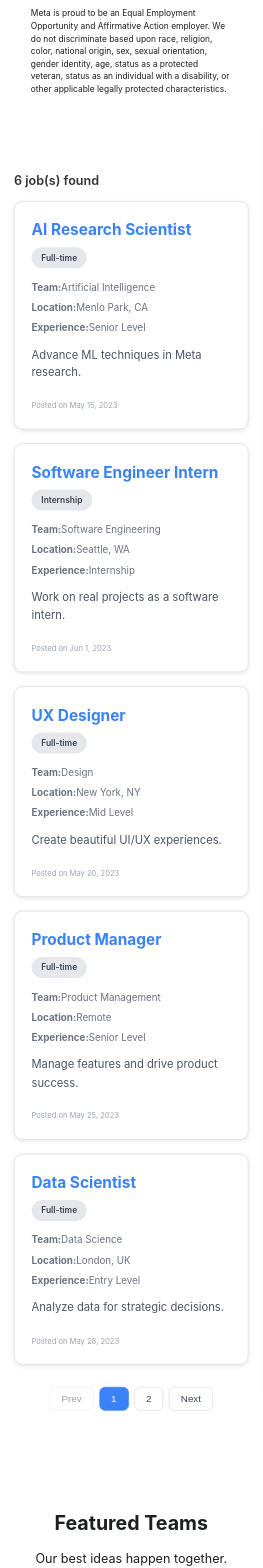
Repository: Siddharthkothiyal/GharPadhaaroCareerWebsite
Page: /careers
The author's editor kept a copy of each file at every save. The page is drawn from the files as they stood at one save, then again after the next save.
The browser window is 375 px wide. The pictures show the part of the page from y = 1276 to 3516 px (the page is 6680 px tall before and 6583 px after), at 70% of full size.
The project was rebuilt for these pictures with package versions that can differ from the ones it lists, and the page was loaded fresh each time. Also part of the build but not shown: src/components/CareerPortal/ResumeUpload.css, src/components/CareerPortal/ResumeUpload.js, src/components/Auth/Login.js, src/components/Auth/Signup.js, src/components/LandingPage/LandingPage.js, src/components/CareerPortal/JobListing/JobCategory.js.

Above is the page before, as saved 2025-06-20 16:29:13.

### public/index.html
<!DOCTYPE html>
<html lang="en">

<head>
  <meta charset="utf-8" />
  <link rel="icon" href="%PUBLIC_URL%/favicon.ico" />
  <meta name="viewport" content="width=device-width, initial-scale=1" />
  <meta name="theme-color" content="#000000" />
  <meta name="description" content="GharPadharo - Find your perfect stay" />

  <!-- Font Awesome CDN (latest) -->
  <link rel="stylesheet" href="https://cdnjs.cloudflare.com/ajax/libs/font-awesome/6.5.2/css/all.min.css"
    integrity="sha512-SnH5WK+bZxgPHs44uWIX+LLJAJ9/2PkPKZ5QiAj6Ta86w+fsb2TkcmfRyVX3pBnMFcV7oQPJkl9QevSCWr3W6A=="
    crossorigin="anonymous" referrerpolicy="no-referrer" />

  <link rel="apple-touch-icon" href="%PUBLIC_URL%/logo192.png" />
  <title>GharPadharo</title>
</head>

<body>
  <noscript>You need to enable JavaScript to run this app.</noscript>
  <div id="root"></div>
  <!--
      This HTML file is a template.
      If you open it directly in the browser, you will see an empty page.

      You can add webfonts, meta tags, or analytics to this file.
      The build step will place the bundled scripts into the <body> tag.

      To begin the development, run `npm start` or `yarn start`.
      To create a production bundle, use `npm run build` or `yarn build`.
    -->
</body>

</html>

### src/components/CareerPortal/CareerPortal.css
/* GharPadharo Career Portal Styles */
:root {
  --gharpadhaaro-blue: #0866ff;
  --gharpadhaaro-blue-dark: #0756d6;
  --gharpadhaaro-gray: #f0f2f5;
  --gharpadhaaro-text: #1c1e21;
  --gharpadhaaro-text-secondary: #65676b;
  --gharpadhaaro-white: #ffffff;
  --gharpadhaaro-border: #dadde1;
  --gharpadhaaro-success: #42b72a;
  --gharpadhaaro-error: #fa383e;
  --gharpadhaaro-shadow: rgba(0, 0, 0, 0.1);
  --gharpadhaaro-radius: 8px;
  --gharpadhaaro-transition: all 0.2s ease;
}

/* Global Styles */
.career-portal {
  font-family: 'Optimistic Display', -apple-system, BlinkMacSystemFont, 'Segoe UI', Roboto, Oxygen, Ubuntu, Cantarell, 'Open Sans', 'Helvetica Neue', sans-serif;
  color: var(--gharpadhaaro-text);
  line-height: 1.5;
  background-color: var(--gharpadhaaro-white);
}

.container {
  max-width: 1200px;
  margin: 0 auto;
  padding: 0 24px;
}

/* Hero Section */
.hero-section {
  background: linear-gradient(135deg, #0866ff 0%, #535699 100%);
  color: var(--meta-white);
  padding: 80px 0;
  text-align: center;
}

.hero-content {
  max-width: 800px;
  margin: 0 auto;
  padding: 0 24px;
}

.hero-content h1 {
  font-size: 48px;
  font-weight: 700;
  margin-bottom: 24px;
  line-height: 1.2;
}

.hero-content p {
  color: black;
  font-size: 20px;
  margin-bottom: 40px;
  margin-left: 70px;

}

/* Job Search Section */
.job-search-section {
  padding: 60px 0;
  background-color: var(--meta-white);
}

.filters-and-results {
  display: grid;
  grid-template-columns: 300px 1fr;
  gap: 30px;
}

/* Featured Teams Section */
.featured-teams-section {
  padding: 80px 0;
  background-color: var(--meta-gray);
}

.featured-teams-section h2 {
  font-size: 36px;
  font-weight: 700;
  margin-bottom: 16px;
  text-align: center;
}

.featured-teams-section p {
  font-size: 18px;
  color: var(--meta-text-secondary);
  max-width: 700px;
  margin: 0 auto 40px;
  text-align: center;
}

/* Buttons */
.btn {
  display: inline-flex;
  align-items: center;
  justify-content: center;
  padding: 12px 24px;
  border-radius: 0px;
  font-weight: 600;
  font-size: 16px;
  cursor: pointer;
  transition: var(--meta-transition);
  border: none;
}

.btn-primary {
  background-color: var(--meta-blue);
  color: var(--meta-white);
}

.btn-primary:hover {
  background-color: var(--meta-blue-dark);
}

.btn-secondary {
  background-color: var(--meta-gray);
  color: var(--meta-text);
}

.btn-secondary:hover {
  background-color: #e4e6eb;
}

/* Form Elements */
.input-group {
  position: relative;
  margin-bottom: 16px;
}

.input-field {
  width: 100%;
  padding: 14px 16px;
  border-radius: var(--meta-radius);
  border: 1px solid var(--meta-border);
  font-size: 16px;
  transition: var(--meta-transition);
}

.input-field:focus {
  border-color: var(--meta-blue);
  outline: none;
  box-shadow: 0 0 0 2px rgba(8, 102, 255, 0.2);
}

/* Responsive */
@media (max-width: 992px) {
  .filters-and-results {
    grid-template-columns: 1fr;
  }

  .hero-content h1 {
    font-size: 36px;
  }

  .hero-content p {
    font-size: 18px;
  }
}

@media (max-width: 576px) {
  .hero-content h1 {
    font-size: 28px;
  }

  .hero-content p {
    font-size: 16px;
  }

  .featured-teams-section h2 {
    font-size: 28px;
  }
}

### src/components/Auth/Auth.css
/* Auth.css - Styles for Login and Signup components */

:root {
  --primary-color: #535699; /* GharPadharo blue */
  --secondary-color: #42B72A; /* GharPadharo green */
  --text-color: #1C1E21;
  --light-text: #606770;
  --error-color: #FA383E;
  --border-color: #DADDE1;
  --background-color: #F0F2F5;
  --card-background: #FFFFFF;
  --hover-color: #E7F3FF;
  --focus-shadow: 0 0 0 2px rgba(83, 86, 153, 0.2);
}

/* Auth Container */
.auth-container {
  display: flex;
  justify-content: center;
  align-items: center;
  min-height: 100vh;
  background-color: var(--background-color);
  padding: 20px;
}

/* Auth Card */
.auth-card {
  background-color: var(--card-background);
  border-radius: 8px;
  box-shadow: 0 2px 4px rgba(0, 0, 0, 0.1), 0 8px 16px rgba(0, 0, 0, 0.1);
  width: 100%;
  max-width: 400px;
  padding: 20px;
}

/* Auth Header */
.auth-header {
  text-align: center;
  margin-bottom: 20px;
}

.auth-logo {
  width: 40px;
  height: 40px;
  margin-bottom: 10px;
}

.auth-header h2 {
  font-size: 24px;
  font-weight: 600;
  color: var(--text-color);
  margin: 0;
}

.gharpadharo-logo{
  width: 60px;
  height: 60px;
}

/* Auth Form */
.auth-form {
  display: flex;
  flex-direction: column;
  gap: 16px;
}

.form-group {
  display: flex;
  flex-direction: column;
}

.form-group label {
  font-size: 14px;
  font-weight: 500;
  margin-bottom: 6px;
  color: var(--text-color);
}

.form-group input {
  padding: 12px 14px;
  border: 1px solid var(--border-color);
  border-radius: 6px;
  font-size: 16px;
  transition: border-color 0.2s, box-shadow 0.2s;
}

.form-group input:focus {
  outline: none;
  border-color: #535699;
  box-shadow: var(--focus-shadow);
}

.form-group input.error {
  border-color: var(--error-color);
}

.error-message {
  color: var(--error-color);
  font-size: 12px;
  margin-top: 4px;
}

/* Terms and Privacy */
.terms-privacy {
  font-size: 12px;
  color: 535699;
  margin-bottom: 10px;
  text-align: center;
}

.terms-privacy a {
  color: 535699;
  text-decoration: none;
}

.terms-privacy a:hover {
  text-decoration: underline;
}

/* Auth Button */
.auth-button {
  background-color: #535699;
  color: white;
  border: none;
  border-radius: 6px;
  padding: 12px;
  font-size: 16px;
  font-weight: 600;
  cursor: pointer;
  transition: background-color 0.2s;
  margin-top: 10px;
}

.auth-button:hover {
  background-color: #535699;
}

/* Auth Footer */
.auth-footer {
  margin-top: 20px;
  text-align: center;
}

.forgot-password {
  color: #535699;
  text-decoration: none;
  font-size: 14px;
  display: block;
  margin-bottom: 16px;
}

.forgot-password:hover {
  text-decoration: underline;
}

.auth-redirect {
  font-size: 14px;
  color: var(--light-text);
  margin: 0;
}

.auth-redirect a {
  color: #535699;
  text-decoration: none;
  font-weight: 500;
}

.auth-redirect a:hover {
  text-decoration: underline;
}

/* Responsive adjustments */
@media (max-width: 480px) {
  .auth-card {
    padding: 16px;
  }

  .auth-header h2 {
    font-size: 20px;
  }

  .form-group input {
    padding: 10px 12px;
    font-size: 14px;
  }

  .auth-button {
    padding: 10px;
    font-size: 14px;
  }
}

### src/components/CareerPortal/Header.css
/* Header Styles */
.portal-header {
  /* background-color: var(--meta-white); */
  background-color: white;
  box-shadow: 0 2px 8px var(--meta-shadow);
  position: sticky;
  top: 0;
  left: 0;
  z-index: 1000;
  display: flex;
  align-items: flex-start;
}

.header-content {
  display: flex;
  align-items: center;
  justify-content: space-evenly;
  padding: 10px 0;
}

/* Logo */
.logo a {
  display: flex;
  align-items: center;
  text-decoration: none;
  color: var(--meta-text);
}

.logo span {
  font-size: 20px;
  font-weight: 700;
  margin-left: 8px;
  color: var(--meta-blue);
}

/* Navigation */
.main-nav ul {
  display: flex;
  list-style: none;
  margin: 0;
  padding: 10px;
}


.main-nav li {
  margin: 0 16px;
}


.main-nav a {
  text-decoration: none;
  color: var(--meta-text);
  font-weight: 500;
  font-size: 16px;
  transition: var(--meta-transition);
  padding: 8px 0;
  position: relative;
}

.main-nav a:hover {
  color: var(--meta-blue);
}

.main-nav a::after {
  content: '';
  position: absolute;
  bottom: 0;
  left: 0;
  width: 0;
  height: 2px;
  background-color: var(--meta-blue);
  transition: var(--meta-transition);
}

.main-nav a:hover::after {
  width: 100%;
}

/* Header Actions */
.header-actions {
  display: flex;
  align-items: center;
}

.login-link {
  margin-right: 16px;
  text-decoration: none;
  color: var(--meta-text);
  font-weight: 500;
  transition: var(--meta-transition);
}

.login-link:hover {
  color: var(--meta-blue);
}

/* Mobile Menu Toggle */
.mobile-menu-toggle {
  display: none;
  background: none;
  border: none;
  cursor: pointer;
  padding: 8px;
}

.bar {
  display: block;
  width: 24px;
  height: 2px;
  background-color: var(--meta-text);
  margin: 5px 0;
  transition: var(--meta-transition);
}


.nav-item {
  position: relative;
}

.nav-link {
  padding: 10px 16px;
  cursor: pointer;
  font-weight: 500;
  display: inline-block;
  position: relative;
}

.nav-link::after {
  content: '';
  position: absolute;
  left: 0;
  bottom: 0;
  height: 1px;
  width: 0%;
  background-color: #535699;
  transition: width 0.3s ease;
}

.nav-link:hover::after {
  width: 100%;
}

.dropdown {
  position: fixed;
  top: 70px;
  left: 0;
  width: 100vw;
  background-color: white;
  padding: 32px 120px;
  box-shadow: 0 8px 24px rgba(0, 0, 0, 0.15);
  opacity: 0;
  visibility: hidden;
  transform: translateY(-10px);
  transition: all 0.3s ease;
  z-index: 1000;
  border-radius: 0;
  display: flex;
  justify-content: flex-start;
  gap: 60px;
}

.nav-item:hover .dropdown,
.nav-item.active .dropdown {
  opacity: 1;
  visibility: visible;
  transform: translateY(0);
  pointer-events: auto;
}

.locations-dropdown {
  display: grid;
  grid-template-columns: repeat(4, 1fr);
  gap: 2px;
}

.students-menu,
.life-at-pharpadharo-section,
.about-dropdown,
.jobs-dropdown {
  display: grid;
  grid-template-columns: repeat(3, 1fr);
  gap: 5px;
}


.dropdown a {
  position: relative;
  display: inline-block;
  padding: 4px 0;
  margin: 4px 0;
  text-decoration: none;
  transition: color 0.3s ease;
}

.dropdown a::after {
  content: "";
  position: absolute;
  bottom: 0;
  left: 0;
  height: 2px;
  width: 0;
  background-color: #535699;
  transition: width 0.3s ease;
}

.dropdown a:hover::after {
  width: 50%;
}


/* Responsive */
@media (max-width: 992px) {

  .header-content {
    justify-content: space-between;
    padding: 16px 20px;
    z-index: 9999;
  }

  @keyframes hamAniFromTop {
    from {
      transform: translateY(-100%);
    }

    to {
      transform: translateY(0);
    }
  }

  .main-nav {
    position: fixed;
    top: 70px;
    left: -100%;
    width: 100%;
    height: calc(100vh - 70px);
    /* background-color: var(--meta-white); */
    transition: var(--meta-transition);
    z-index: 100;
    padding: 0px 24px;
    box-shadow: 0 4px 8px var(--meta-shadow);
    transform: translateY(-100%);
    transition: transform 0.4s cubic-bezier(0.4, 0, 0.2, 1);
    border-radius: 10px;

  }

  .main-nav.active {
    left: 0;
    transform: translateY(0);
  }

  .main-nav ul {
    flex-direction: column;
    justify-content: space-between;
    animation: hamAni 0.4s cubic-bezier(0.4, 0, 0.2, 1) forwards;
    will-change: transform;
    background-color: white;
    z-index: 10;
  }

  .main-nav li {
    margin: 16px 0;
    animation: hamAni 0.4s cubic-bezier(0.4, 0, 0.2, 1) forwards;
    will-change: transform;
  }

  .mobile-menu-toggle {
    display: block;
    /* text-emphasis: none; */
    color: black;
    font-size: 20px;
  }

  .header-actions .btn {
    display: none;
  }


  .dropdown {
    position: fixed;
    top: 20px;
    left: 0;
    width: 80vw;
    background-color: rgb(255, 255, 255);
    padding: 20px;
    box-shadow: 0 8px 24px rgba(0, 0, 0, 0.15);
    opacity: 0;
    visibility: hidden;
    transform: translateY(-10px);
    transition: all 0.3s ease;
    border-radius: 0;
    display: flex;
    justify-content: flex-start;
    gap: 60px;
    z-index: 9999;
  }

  .students-menu,
  .life-at-pharpadharo-section,
  .about-dropdown,
  .jobs-dropdown,
  .locations-dropdown {
    display: grid;
    grid-template-columns: repeat(2, 1fr);
    gap: 5px;
  }

}

/*
@media (max-width: 576px) {
  .logo span {
    display: none;
  }
} */

### src/components/CareerPortal/JobListing/JobSearch.css
/* Job Search Styles */
.job-search {
  width: 100%;
  max-width: 900px;
  margin: 0 auto;
}

.search-container {
  display: flex;
  background-color: var(--meta-white);
  border-radius: var(--meta-radius);
  /* box-shadow: 0 4px 12px rgba(0, 0, 0, 0.15); */
  overflow: hidden;
}

.search-input-group {
  flex: 1;
  position: relative;
  border-right: 1px solid var(--meta-border);
}

.search-input-group:last-of-type {
  border-right: none;
}

.search-icon {
  position: absolute;
  left: 16px;
  top: 50%;
  transform: translateY(-50%);
  color: var(--meta-text-secondary);
}

.search-input {
  width: 100%;
  padding: 16px 16px 16px 48px;
  border: none;
  font-size: 16px;
  background: whitesmoke;
}

.search-input:focus {
  outline: none;
}

.search-button {
  padding: 10px 32px;
  border-radius: 90%;
  height: 100%;
  font-size: 10px;
  white-space: nowrap;
  background-color: var(--gharpadhaaro-white);
}

.searchBtn-div {
  width: 150px;
}

.searchBtn {
  height: 50px;
  width: 100%;
  font-size: 15px;
}

/* Responsive */
@media (max-width: 768px) {
  .search-container {
    flex-direction: column;
  }

  .search-input-group {
    border-right: none;
    border-bottom: 1px solid var(--meta-border);
  }

  .search-input-group:last-of-type {
    border-bottom: none;
  }

  .search-button {
    padding: 16px;
  }

  .searchBtn-div {
    width: 100%;
  }
}

### src/components/CareerPortal/JobListing/JobFilters.css
/* Job Filters Styles */
.job-filters {
  background-color: var(--meta-white);
  border-radius: var(--meta-radius);
  padding: 24px;
  box-shadow: 0 2px 8px var(--meta-shadow);
  height: fit-content;
}

.filter-header {
  display: flex;
  justify-content: space-between;
  align-items: center;
  margin-bottom: 24px;
  padding-bottom: 16px;
  border-bottom: 1px solid var(--meta-border);
}

.filter-header h3 {
  font-size: 18px;
  font-weight: 600;
  margin: 0;
}

.clear-filters {
  background: none;
  border: none;
  color: var(--meta-blue);
  font-size: 14px;
  font-weight: 500;
  cursor: pointer;
  transition: var(--meta-transition);
}

.clear-filters:hover {
  text-decoration: underline;
}

.filter-section {
  margin-bottom: 24px;
}

.filter-section h4 {
  font-size: 16px;
  font-weight: 600;
  margin: 0 0 12px 0;
  color: var(--meta-text);
}

.filter-select {
  width: 100%;
  padding: 12px;
  border-radius: var(--meta-radius);
  border: 1px solid var(--meta-border);
  background-color: var(--meta-white);
  font-size: 14px;
  color: var(--meta-text);
  transition: var(--meta-transition);
  appearance: none;
  background-image: url("data:[embedded picture, 264 characters]");
  background-repeat: no-repeat;
  background-position: right 12px center;
  cursor: pointer;
}

.filter-select:focus {
  border-color: var(--meta-blue);
  outline: none;
  box-shadow: 0 0 0 2px rgba(8, 102, 255, 0.2);
}

.eeo-statement {
  font-size: 12px;
  line-height: 1.5;
  color: var(--meta-text-secondary);
  margin: 0;
}

/* Responsive */
@media (max-width: 992px) {
  .job-filters {
    margin-bottom: 30px;
  }
}

### src/components/CareerPortal/JobListing/JobListings.css
/* Job Listings Styles */
.job-listings {
  width: 100%;
}

.job-listings h3 {
  margin-bottom: 16px;
  font-weight: 600;
  font-size: 18px;
  color: #333;
}

.job-card {
  background-color: #fff;
  border-radius: 12px;
  padding: 24px;
  box-shadow: 0 2px 8px rgba(0,0,0,0.1);
  border: 1px solid #ddd;
  transition: all 0.3s ease;
  margin-bottom: 20px;
}

.job-card:hover {
  transform: translateY(-3px);
  box-shadow: 0 6px 15px rgba(0,0,0,0.15);
  border-color: #3b82f6; /* Tailwind blue-500 */
}

.job-card-header {
  display: flex;
  justify-content: space-between;
  align-items: flex-start;
  margin-bottom: 16px;
}

.job-title {
  font-size: 22px;
  font-weight: 700;
  margin: 0;
  color: #3b82f6;
}

.job-type {
  background-color: #e5e7eb;
  padding: 6px 14px;
  border-radius: 20px;
  font-size: 12px;
  font-weight: 600;
  color: #374151;
}

.job-details {
  display: flex;
  flex-wrap: wrap;
  gap: 16px;
  margin-bottom: 16px;
  color: #6b7280;
  font-size: 14px;
}

.job-detail {
  display: flex;
  align-items: center;
}

.job-description {
  margin-bottom: 24px;
  line-height: 1.6;
  color: #4b5563;
}

.job-card-footer {
  font-size: 13px;
  color: #9ca3af;
}

/* Pagination */
.pagination {
  display: flex;
  justify-content: center;
  margin-top: 32px;
  gap: 8px;
}

.pagination-btn {
  padding: 8px 16px;
  border: 1px solid #ddd;
  background-color: white;
  border-radius: 8px;
  cursor: pointer;
  transition: all 0.3s ease;
  font-size: 14px;
  color: #374151;
}

.pagination-btn:hover:not(:disabled) {
  background-color: #f3f4f6;
  border-color: #9ca3af;
}

.pagination-btn.active {
  background-color: #3b82f6;
  color: white;
  border-color: #3b82f6;
}

.pagination-btn:disabled {
  opacity: 0.5;
  cursor: not-allowed;
}

/* No Jobs Found */
.no-jobs-found {
  display: flex;
  flex-direction: column;
  align-items: center;
  justify-content: center;
  padding: 48px;
  background-color: white;
  border-radius: 12px;
  box-shadow: 0 2px 8px rgba(0,0,0,0.1);
  text-align: center;
  color: #6b7280;
}

.no-jobs-found h3 {
  font-size: 20px;
  font-weight: 700;
  margin-bottom: 8px;
}

/* Responsive */
@media (max-width: 576px) {
  .job-card-header {
    flex-direction: column;
    gap: 8px;
  }

  .job-details {
    flex-direction: column;
    gap: 8px;
  }
}

### src/components/CareerPortal/FeaturedTeams.css
/* Featured Teams Styles */
.featured-teams {
  width: 100%;
}

.teams-grid {
  display: grid;
  grid-template-columns: repeat(auto-fill, minmax(280px, 1fr));
  gap: 10px;
}

.team-card {
  /* background-color: var(--meta-white); */
  background-color: white;
  border-radius: var(--meta-radius);
  padding: 15px;
  box-shadow: 0 2px 8px var(--meta-shadow);
  transition: var(--meta-transition);
  display: flex;
  flex-direction: column;
  align-items: center;
  height: 100%;
  border: 1px solid rgb(219, 219, 219);
  border-radius: 10px;
}

.team-card:hover {
  transform: translateY(-4px);
  box-shadow: 0 8px 16px var(--meta-shadow);
  /* border-color: var(--meta-blue); */
}

.team-icon {
  display: flex;
  align-items: center;
  justify-content: center;
  width: 64px;
  height: 64px;
  background-color: var(--meta-blue);
  border-radius: 50%;
  margin-bottom: 24px;
  color: var(--meta-white);
}

.team-name {
  font-size: 20px;
  font-weight: 600;
  margin: 0 0 16px 0;
  color: var(--meta-text);
}

.team-description {
  flex-grow: 1;
  margin: 0 0 24px 0;
  line-height: 1.6;
  color: var(--meta-text-secondary);
}

.team-link {
  display: inline-flex;
  align-items: center;
  text-decoration: none;
  color: var(--meta-blue);
  font-weight: 600;
  transition: var(--meta-transition);
}

.team-link span {
  margin-left: 8px;
  transition: var(--meta-transition);
}

.team-link:hover {
  color: var(--meta-blue-dark);
}

.team-link:hover span {
  transform: translateX(4px);
}

/* Responsive */
@media (max-width: 768px) {
  .teams-grid {
    grid-template-columns: repeat(auto-fill, minmax(240px, 1fr));
  }
}

@media (max-width: 576px) {
  .teams-grid {
    grid-template-columns: 1fr;
  }
}

### src/components/CareerPortal/Footer.css
/* Footer Styles */
.portal-footer {
  background-color: #1c1e21;
  color: #f0f2f5;
  padding: 60px 0 30px;
  margin-top: 80px;
}

.footer-content {
  display: grid;
  grid-template-columns: repeat(auto-fit, minmax(200px, 1fr));
  gap: 40px;
  margin-bottom: 40px;
}

.footer-section h4 {
  font-size: 18px;
  font-weight: 600;
  margin: 0 0 20px 0;
  color: #ffffff;
}

.footer-section ul {
  list-style: none;
  padding: 0;
  margin: 0;
}

.footer-section li {
  margin-bottom: 12px;
}

.footer-section a {
  text-decoration: none;
  color: #b0b3b8;
  transition: var(--meta-transition);
}

.footer-section a:hover {
  color: var(--meta-blue);
}

.footer-section p {
  color: #b0b3b8;
  margin-bottom: 16px;
  line-height: 1.5;
}

/* Newsletter Form */
.newsletter-form {
  display: flex;
  gap: 8px;
}

.newsletter-input {
  flex: 1;
  padding: 12px 16px;
  border-radius: var(--meta-radius);
  border: 1px solid #3a3b3c;
  background-color: #3a3b3c;
  color: #ffffff;
  font-size: 14px;
}

.newsletter-input:focus {
  outline: none;
  border-color: var(--meta-blue);
}

.newsletter-input::placeholder {
  color: #b0b3b8;
}

.newsletter-form .btn-primary{
  max-width: 90px;
  background-color: white;
  color: black;
padding-left: 5px;
}


/* Footer Bottom */
.footer-bottom {
  display: flex;
  flex-wrap: wrap;
  justify-content: space-between;
  align-items: center;
  padding-top: 30px;
  border-top: 1px solid #3a3b3c;
}

.footer-links {
  display: flex;
  flex-wrap: wrap;
  gap: 16px;
}

.footer-links a {
  text-decoration: none;
  color: #b0b3b8;
  font-size: 14px;
  transition: var(--meta-transition);
}

.footer-links a:hover {
  color: var(--meta-blue);
}

.copyright {
  color: #b0b3b8;
  font-size: 14px;
}

/* Responsive */
@media (max-width: 768px) {
  .footer-content {
    grid-template-columns: repeat(auto-fit, minmax(160px, 1fr));
  }

  .newsletter-form {
    flex-direction: column;
  }

  .footer-bottom {
    flex-direction: column;
    gap: 16px;
    text-align: center;
  }

  .footer-links {
    justify-content: center;
  }
}

@media (max-width: 576px) {
  .footer-content {
    grid-template-columns: 1fr;
  }
}

Loaded but not shown: src/index.js (common file); src/index.css (common file); src/reportWebVitals.js (common file); src/App.css (common file); src/components/CareerPortal/Header.js (154 lines, source omitted); src/components/CareerPortal/JobListing/JobListings.js (187 lines, source omitted); src/components/CareerPortal/FeaturedTeams.js (81 lines, source omitted); src/components/CareerPortal/JobListing/JobFilters.js (137 lines, source omitted); src/components/CareerPortal/Footer.js (70 lines, source omitted); src/components/CareerPortal/JobListing/JobSearch.js (61 lines, source omitted); src/components/CareerPortal/index.js (64 lines, source omitted); src/App.js (35 lines, source omitted); src/components/LandingPage/LandingPage.css (410 lines, source omitted)

After the next save:
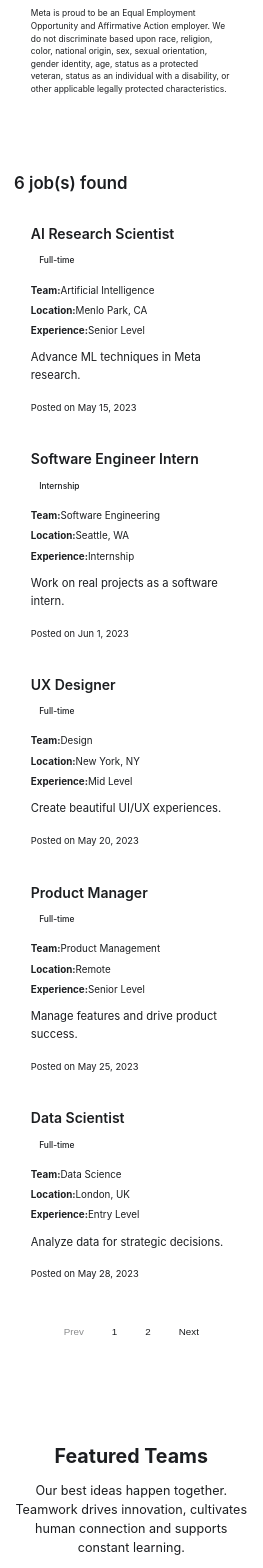
Saved 36 s later.
--- a/src/components/CareerPortal/JobListing/JobListings.css
+++ b/src/components/CareerPortal/JobListing/JobListings.css
@@ -3,27 +3,44 @@
   width: 100%;
 }
 
-.job-listings h3 {
-  margin-bottom: 16px;
-  font-weight: 600;
-  font-size: 18px;
-  color: #333;
+.listings-header {
+  display: flex;
+  justify-content: space-between;
+  align-items: center;
+  margin-bottom: 24px;
+}
+
+.listings-header h2 {
+  font-size: 24px;
+  font-weight: 700;
+  margin: 0;
+}
+
+.listings-header p {
+  color: var(--meta-text-secondary);
+  margin: 0;
+  font-size: 14px;
+}
+
+.job-list {
+  display: flex;
+  flex-direction: column;
+  gap: 16px;
 }
 
 .job-card {
-  background-color: #fff;
-  border-radius: 12px;
+  background-color: var(--meta-white);
+  border-radius: var(--meta-radius);
   padding: 24px;
-  box-shadow: 0 2px 8px rgba(0,0,0,0.1);
-  border: 1px solid #ddd;
-  transition: all 0.3s ease;
-  margin-bottom: 20px;
+  box-shadow: 0 2px 8px var(--meta-shadow);
+  transition: var(--meta-transition);
+  border: 1px solid var(--meta-border);
 }
 
 .job-card:hover {
-  transform: translateY(-3px);
-  box-shadow: 0 6px 15px rgba(0,0,0,0.15);
-  border-color: #3b82f6; /* Tailwind blue-500 */
+  transform: translateY(-2px);
+  box-shadow: 0 4px 12px var(--meta-shadow);
+  border-color: var(--meta-blue);
 }
 
 .job-card-header {
@@ -34,19 +51,19 @@
 }
 
 .job-title {
-  font-size: 22px;
-  font-weight: 700;
+  font-size: 20px;
+  font-weight: 600;
   margin: 0;
-  color: #3b82f6;
+  color: var(--meta-blue);
 }
 
 .job-type {
-  background-color: #e5e7eb;
-  padding: 6px 14px;
+  background-color: var(--meta-gray);
+  padding: 6px 12px;
   border-radius: 20px;
   font-size: 12px;
-  font-weight: 600;
-  color: #374151;
+  font-weight: 500;
+  color: var(--meta-text);
 }
 
 .job-details {
@@ -54,24 +71,28 @@
   flex-wrap: wrap;
   gap: 16px;
   margin-bottom: 16px;
-  color: #6b7280;
-  font-size: 14px;
 }
 
 .job-detail {
   display: flex;
   align-items: center;
+  color: var(--meta-text-secondary);
+  font-size: 14px;
+}
+
+.job-detail svg {
+  margin-right: 8px;
 }
 
 .job-description {
   margin-bottom: 24px;
   line-height: 1.6;
-  color: #4b5563;
+  color: var(--meta-text);
 }
 
 .job-card-footer {
-  font-size: 13px;
-  color: #9ca3af;
+  display: flex;
+  gap: 12px;
 }
 
 /* Pagination */
@@ -84,24 +105,24 @@
 
 .pagination-btn {
   padding: 8px 16px;
-  border: 1px solid #ddd;
-  background-color: white;
-  border-radius: 8px;
+  border: 1px solid var(--meta-border);
+  background-color: var(--meta-white);
+  border-radius: var(--meta-radius);
   cursor: pointer;
-  transition: all 0.3s ease;
+  transition: var(--meta-transition);
   font-size: 14px;
-  color: #374151;
+  color: var(--meta-text);
 }
 
 .pagination-btn:hover:not(:disabled) {
-  background-color: #f3f4f6;
-  border-color: #9ca3af;
+  background-color: var(--meta-gray);
+  border-color: var(--meta-text-secondary);
 }
 
 .pagination-btn.active {
-  background-color: #3b82f6;
-  color: white;
-  border-color: #3b82f6;
+  background-color: var(--meta-blue);
+  color: var(--meta-white);
+  border-color: var(--meta-blue);
 }
 
 .pagination-btn:disabled {
@@ -116,17 +137,26 @@
   align-items: center;
   justify-content: center;
   padding: 48px;
-  background-color: white;
-  border-radius: 12px;
-  box-shadow: 0 2px 8px rgba(0,0,0,0.1);
+  background-color: var(--meta-white);
+  border-radius: var(--meta-radius);
+  box-shadow: 0 2px 8px var(--meta-shadow);
   text-align: center;
-  color: #6b7280;
+}
+
+.no-jobs-found svg {
+  color: var(--meta-text-secondary);
+  margin-bottom: 16px;
 }
 
 .no-jobs-found h3 {
   font-size: 20px;
-  font-weight: 700;
-  margin-bottom: 8px;
+  font-weight: 600;
+  margin: 0 0 8px 0;
+}
+
+.no-jobs-found p {
+  color: var(--meta-text-secondary);
+  margin: 0;
 }
 
 /* Responsive */
@@ -136,6 +166,10 @@
     gap: 8px;
   }
 
+  .job-card-footer {
+    flex-direction: column;
+  }
+
   .job-details {
     flex-direction: column;
     gap: 8px;
